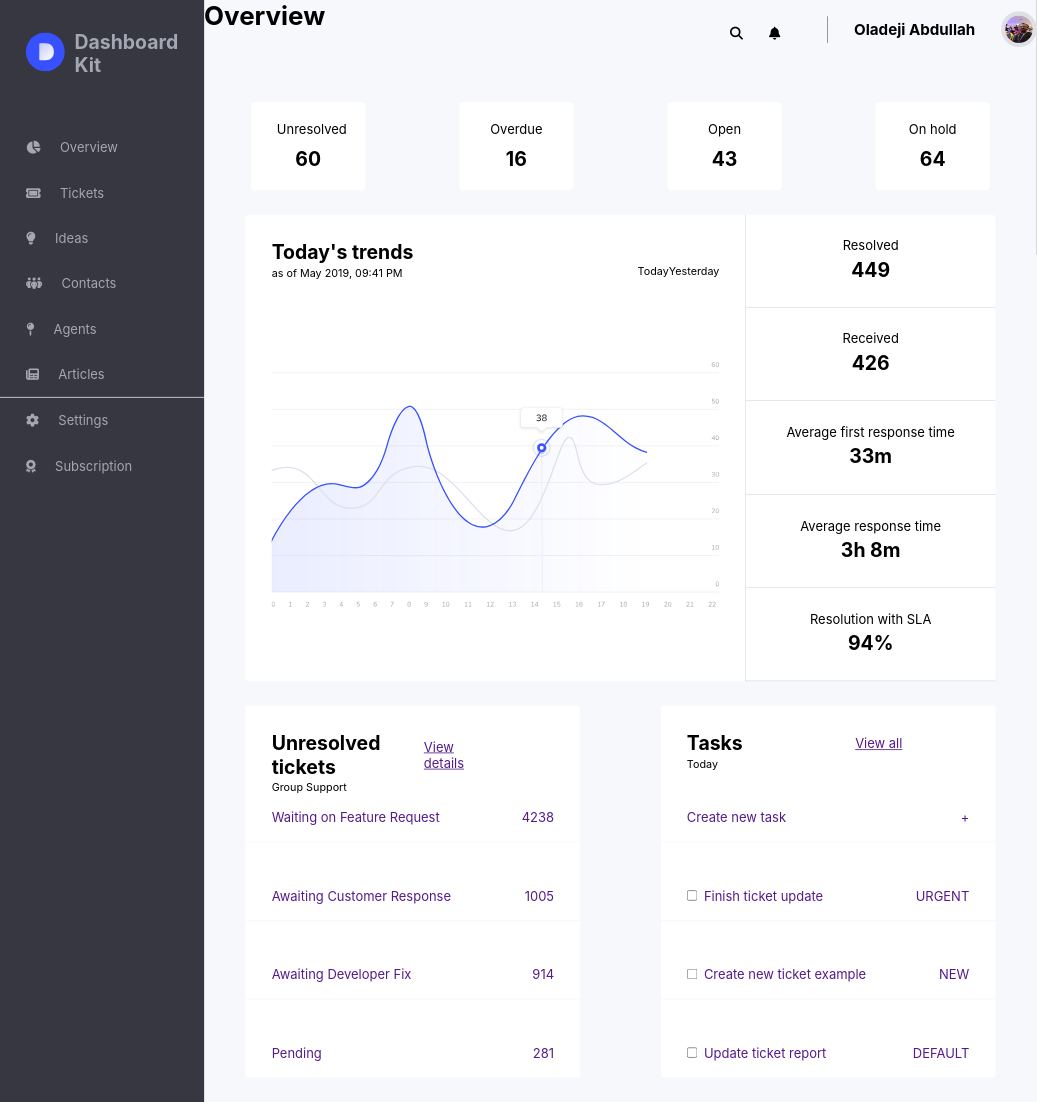
Repository: BuduCE/dashboard
Page: /
The author's editor kept a copy of each file at every save. The page is drawn from the files as they stood at one save, then again after a run of saves.
The browser window is 1280 px wide. The pictures show the whole page, at 81% of full size.
Some web libraries are served in a nearby version. The project was rebuilt for these pictures with package versions that can differ from the ones it lists, and the page was loaded fresh each time. Also part of the build but not shown: src/components/common/Logo/styles.css.

Above is the page before, as saved 2022-08-06 00:29:15.

After the next 7 saves:
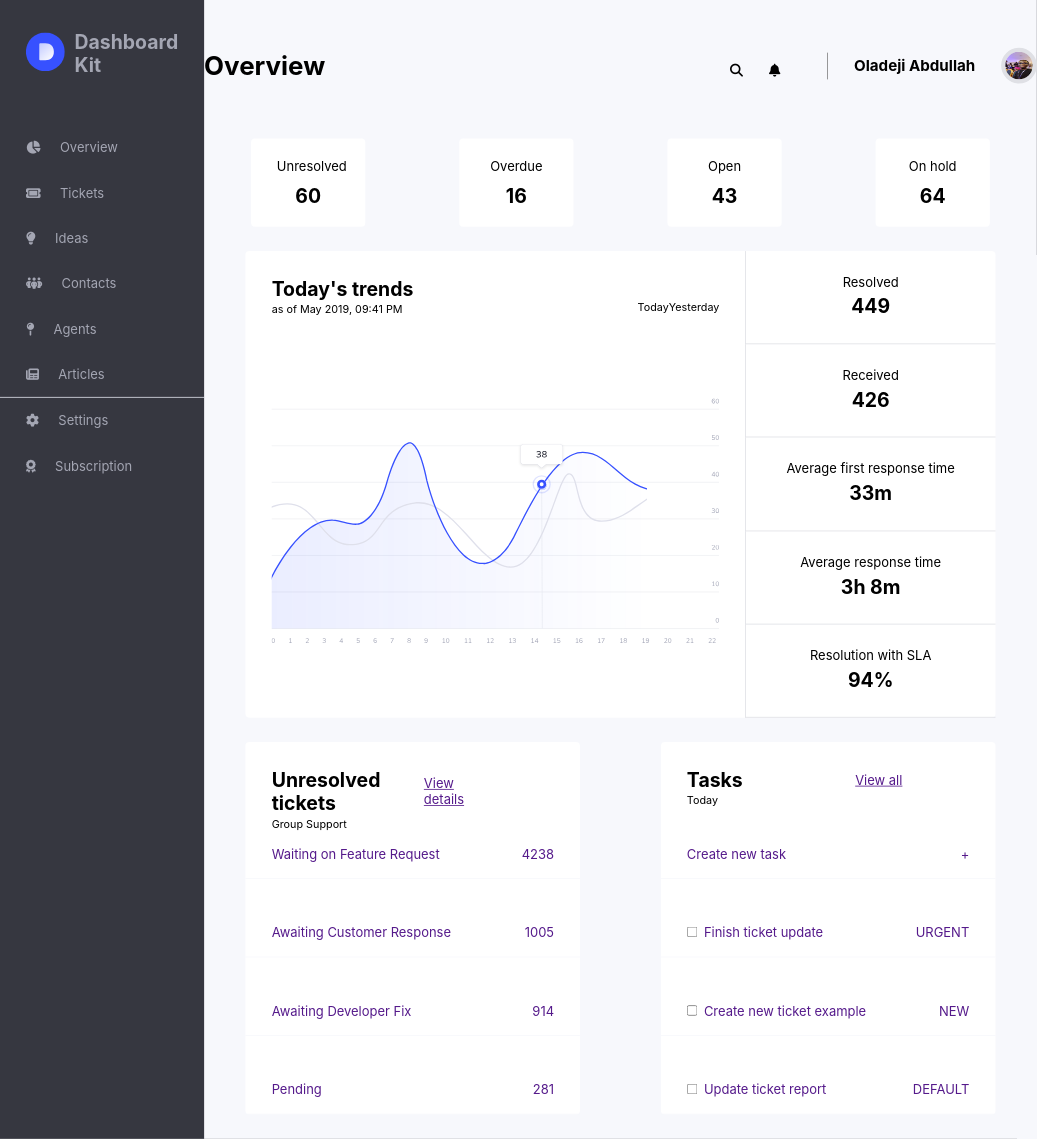
The 7 saves are shown as one change because they came seconds apart.
The last was saved 15 s later.
--- a/src/components/common/Header/styles.css
+++ b/src/components/common/Header/styles.css
@@ -3,7 +3,8 @@
     justify-content: space-between;
     width: 100%;
     height: 10vh;
-    mt
+    margin-top: 45px;
+    margin-left: ;
     /* padding: 45px 43px; */
     align-items: center;
 }
